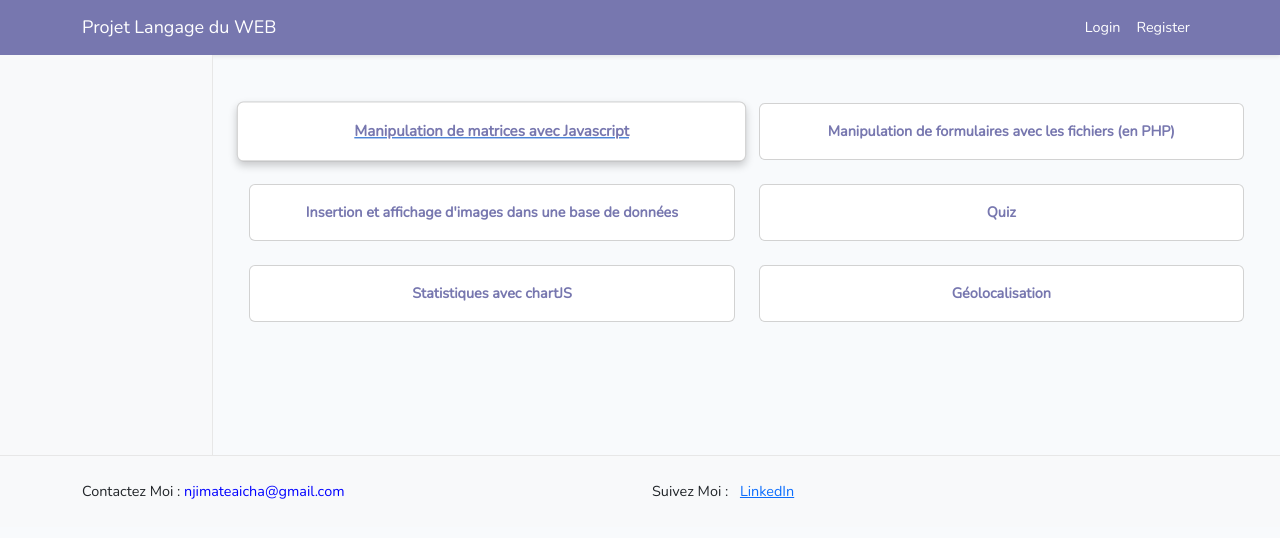
Repository: NjimateAicha/LaravelWeb
Page: http://localhost/projets
The author's editor kept a copy of each file at every save. The page is drawn from the files as they stood at one save, then again after a run of saves.
The browser window is 1280 px wide. The pictures show the whole page.
The pointer rests on the first visible `.custom-card`.
Some web libraries are served in a nearby version. The page is served by the project's Laravel application, run on PHP 8.4 with Laravel 9. Style sheets and scripts are compiled from the project's sources, by tool versions that may differ from the author's.

Above is the page before, as saved 2024-05-19 17:09:20.

After the next 3 saves:
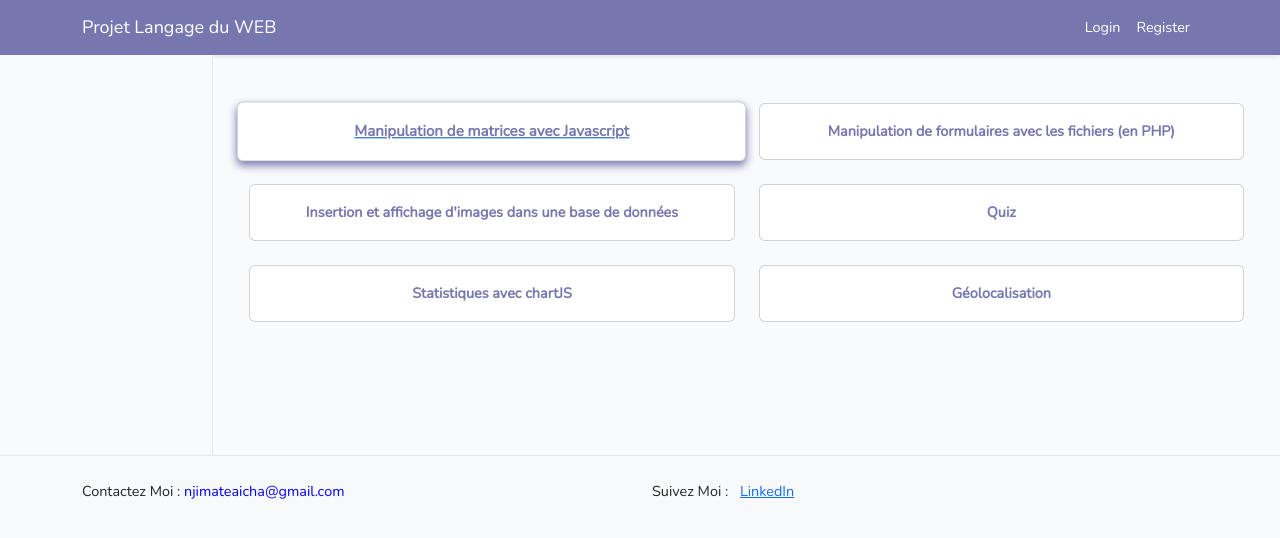
The 3 saves are shown as one change because they came seconds apart.
The last was saved 35 s later.
--- a/resources/views/projets/index.blade.php
+++ b/resources/views/projets/index.blade.php
@@ -59,7 +59,7 @@
 
     .custom-card:hover {
         transform: scale(1.05);
-        box-shadow: 0 4px 8px rgba(0, 0, 0, 0.2);
+        box-shadow: 0 4px 8px #7777af;
     }
 
     .custom-card .card-body {
